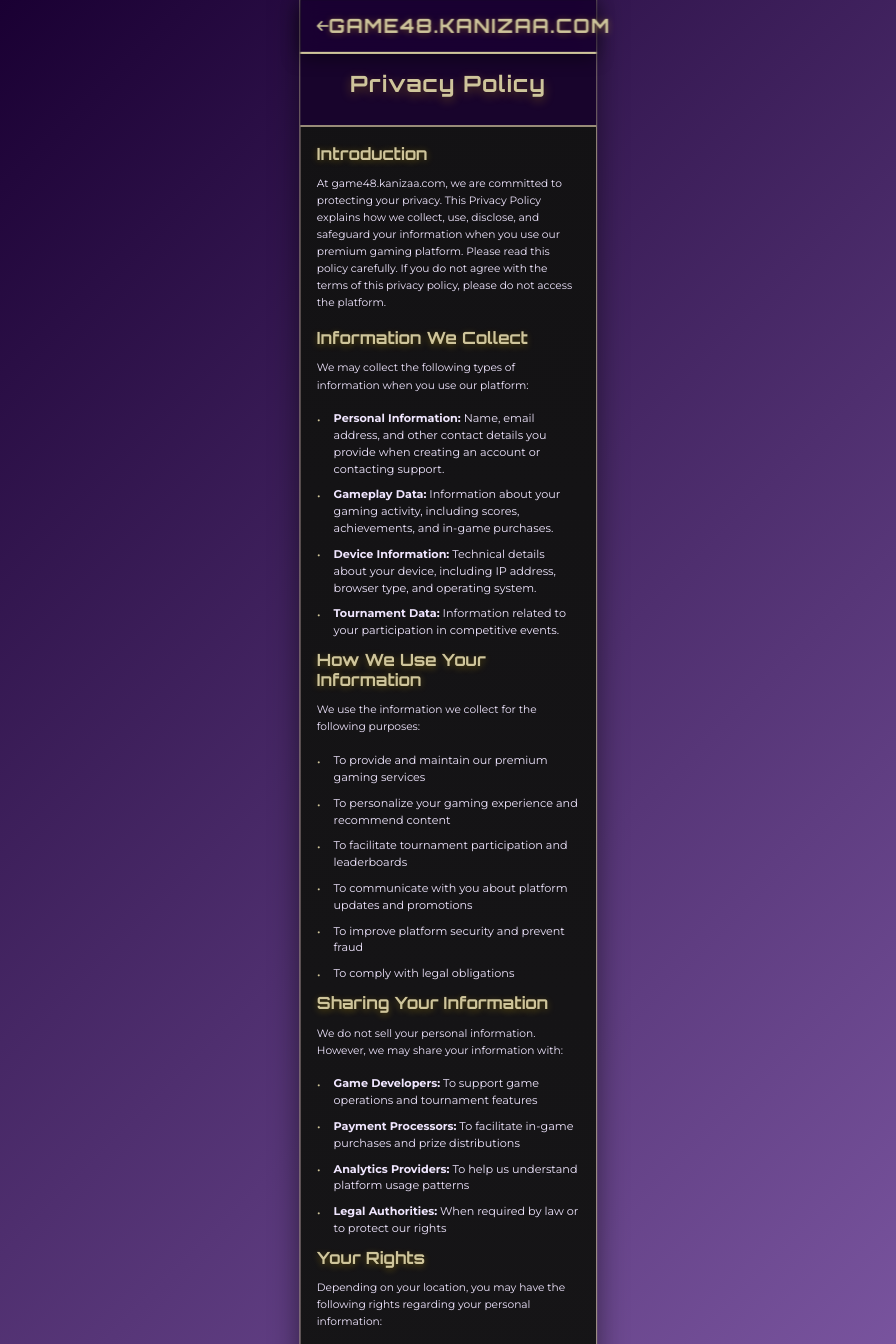
Repository: meenadabhii/game36.indianewjobs.in
Page: privacy.html
These files come from the project's save history. The page is drawn as it stood at one moment and after the next save; the edit follows.
The browser window is 1280 px wide. The pictures show the part of the page from y = 0 to 1920 px (the page is 2858 px tall), at 70% of full size.

Above is the page before, as saved 2025-09-24 13:50:41.

After the next save:
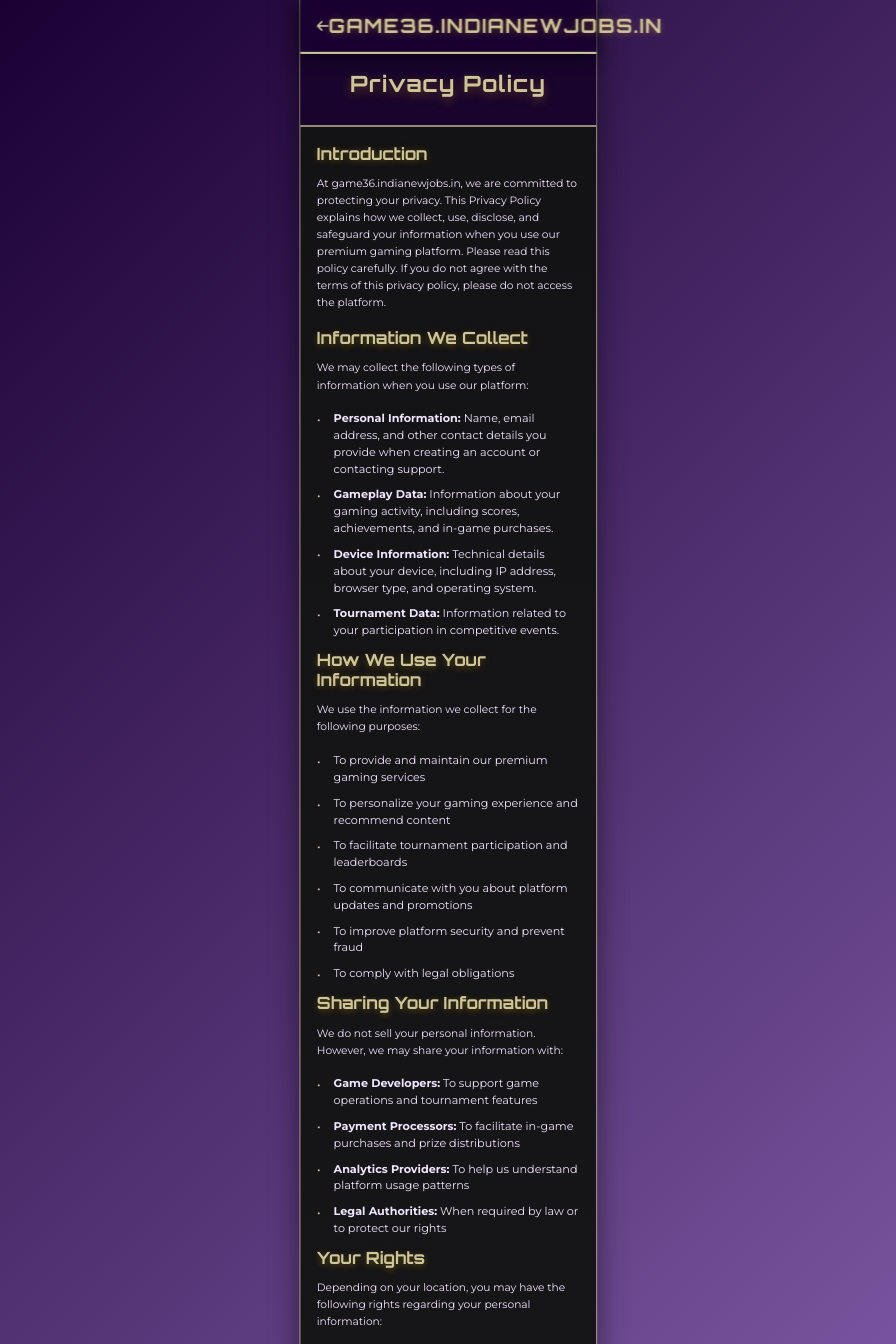
Saved 10 s later.
--- a/privacy.html
+++ b/privacy.html
@@ -4,7 +4,7 @@
 <head>
   <meta charset="UTF-8">
   <meta name="viewport" content="width=device-width, initial-scale=1.0">
-  <title>Privacy Policy - game48.kanizaa.com</title>
+  <title>Privacy Policy - game36.indianewjobs.in</title>
   <link href="https://cdn.jsdelivr.net/npm/bootstrap@5.3.0/dist/css/bootstrap.min.css" rel="stylesheet">
   <link rel="stylesheet" href="https://cdnjs.cloudflare.com/ajax/libs/font-awesome/6.0.0/css/all.min.css">
   <link
@@ -256,7 +256,7 @@
 <body oncontextmenu="return false" onkeydown="return disableKeys(event)" onselectstart="return false">
   <!-- Copyright Notice -->
   <script>
-    console.log("© 2025 game48.kanizaa.com. All rights reserved.");
+    console.log("© 2025 game36.indianewjobs.in. All rights reserved.");
   </script>
 
   <div class="page-wrapper">
@@ -265,7 +265,7 @@
       <div class="header-content">
         <a href="javascript:history.back()" class="back-btn"><i class="fas fa-arrow-left"></i></a>
         <a href="game.html" class="logo">
-          game48.kanizaa.com
+          game36.indianewjobs.in
         </a>
         <div style="width: 24px;"></div> <!-- Spacer for alignment -->
       </div>
@@ -295,7 +295,7 @@
     <div class="privacy-section">
       <h2 class="section-title">Introduction</h2>
       <p class="section-text">
-        At game48.kanizaa.com, we are committed to protecting your privacy. This Privacy Policy explains how we collect, use,
+        At game36.indianewjobs.in, we are committed to protecting your privacy. This Privacy Policy explains how we collect, use,
         disclose, and safeguard your information when you use our premium gaming platform. Please read this policy
         carefully. If you do not agree with the terms of this privacy policy, please do not access the platform.
       </p>
